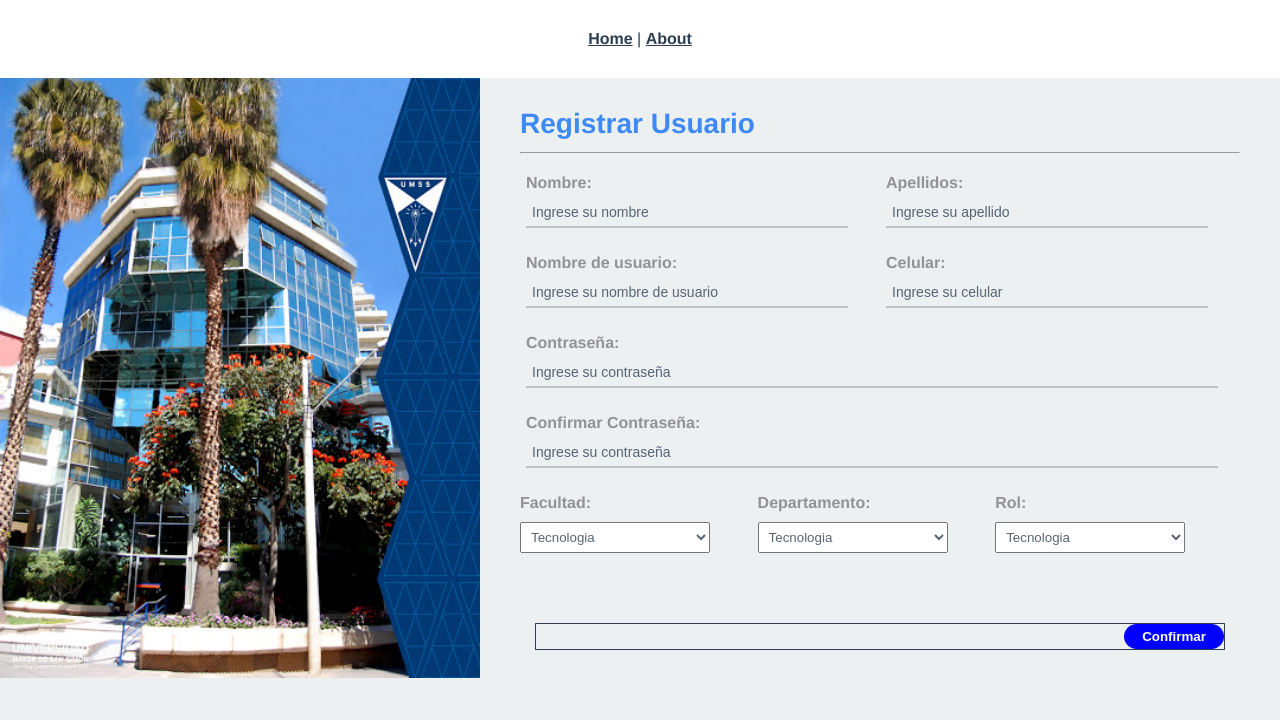
Repository: BritanyTorrico/front-cotizaciones
Page: /register
These files come from the project's save history. The page is drawn as it stood at one moment and after the next save; the edit follows.
The browser window is 1280 px wide. The pictures show the whole page.
The project was rebuilt for these pictures with package versions that can differ from the ones it lists, and the page was loaded fresh each time. Also part of the build but not shown: vue.config.js, src/components/HelloWorld.vue, src/views/Home.vue.

Above is the page before, as saved 2021-04-21 20:20:43.

### src/App.vue
<template>
  <div id="app">
    <div id="nav">
      <router-link to="/">Home</router-link> |
      <router-link to="/about">About</router-link>
    </div>
    <router-view />
  </div>
</template>

<style>
* {
  padding: 0;
  margin: 0;
}
:root {
  --color-title: #3d8af7;
  --color-name: #929292;
  --color-line: #c0c0c0;
}
#app {
  font-family: Avenir, Helvetica, Arial, sans-serif;
  -webkit-font-smoothing: antialiased;
  -moz-osx-font-smoothing: grayscale;
  text-align: center;
  color: #2c3e50;
}

#nav {
  padding: 30px;
}

#nav a {
  font-weight: bold;
  color: #2c3e50;
}

#nav a.router-link-exact-active {
  color: #42b983;
}
</style>

### src/router/index.js
import Vue from "vue";
import VueRouter from "vue-router";
import Home from "../views/Home.vue";

Vue.use(VueRouter);

const routes = [{
        path: "/",
        name: "Home",
        component: Home,
    },
    {
        path: "/about",
        name: "About",
        // route level code-splitting
        // this generates a separate chunk (about.[hash].js) for this route
        // which is lazy-loaded when the route is visited.
        component: () =>
            import ( /* webpackChunkName: "about" */ "../views/About.vue"),
    },
    {
        path: "/register",
        name: "RegisterUserPage",
        component: () =>
            import ("../views/RegisterUserPage.vue"),
    },
];

const router = new VueRouter({
    mode: "history",
    base: process.env.BASE_URL,
    routes,
});

export default router;

### src/views/RegisterUserPage.vue
<template>
  <div>
    <register-user />
  </div>
</template>

<script>
import RegisterUser from "@/components/User/RegisterUser.vue";
export default {
  components: { RegisterUser },
  name: "RegisterUserPage",
};
</script>

<style lang="scss" scoped></style>

### src/components/User/RegisterUser.vue
<template>
  <div class="container">
    <form action="">
      <div class="flex-container">
        <div class="form__image">
          <img src="@/assets/edificioUMSS.jpg" alt="" />
        </div>

        <div class="form__datos">
          <div class="form_title">
            <h1>Registrar Usuario</h1>
            <hr class="form__linea" />
          </div>
          <div class="form__section">
            <div class="form__name">
              <label
                ><div class="formulario_label">Nombre:</div>
                <input
                  class="form__input"
                  type="text"
                  placeholder="Ingrese su nombre"
                  required
                />
              </label>
            </div>
            <div class="form__name">
              <label
                ><div class="formulario_label">Apellidos:</div>
                <input
                  class="form__input"
                  type="text"
                  placeholder="Ingrese su apellido"
                  required
                />
              </label>
            </div>
          </div>
          <div class="form__section">
            <div class="form__name">
              <label
                ><div class="formulario_label">Nombre de usuario:</div>
                <input
                  class="form__input"
                  type="text"
                  placeholder="Ingrese su nombre de usuario"
                  required
                />
              </label>
            </div>
            <div class="form__name">
              <label
                ><div class="formulario_label">Celular:</div>
                <input
                  class="form__input"
                  type="text"
                  placeholder="Ingrese su celular"
                />
              </label>
            </div>
          </div>
          <div class="form__section2">
            <div class="formulario_label">Contraseña:</div>
            <input
              type="password"
              class="form__input"
              placeholder="Ingrese su contraseña"
            />
          </div>
          <div class="form__section2">
            <div class="formulario_label">Confirmar Contraseña:</div>
            <input
              type="password"
              class="form__input"
              placeholder="Ingrese su contraseña"
            />
          </div>
          <div class="form__section3">
            <div class="form__section3__item">
              <lista-desplegable nombreLista="Facultad:"></lista-desplegable>
            </div>
            <div class="form__section3__item">
              <lista-desplegable
                nombreLista="Departamento:"
              ></lista-desplegable>
            </div>
            <div class="form__section3__item">
              <lista-desplegable nombreLista="Rol:"></lista-desplegable>
            </div>
          </div>
          <div class="boton">
            <input class="boton__input" type="submit" value="Confirmar" />
          </div>
        </div>
      </div>
    </form>
  </div>
</template>

<script>
import ListaDesplegable from "./ListaDesplegable.vue";
export default {
  components: { ListaDesplegable },
  name: "RegisterUser",
};
</script>

<style lang="css" scoped>
.flex-container {
  display: flex;
  background-color: #ecf0f1;
}
.form__image {
  width: 40%;
}
.form__image img {
  width: 100%;
  height: 600px;
}

.form__datos {
  width: 60%;
  margin-left: 40px;
  margin-right: 40px;
}
.form_title {
  color: var(--color-title);
  text-align: left;
  font-size: 14px;
}
.form_title h1 {
  padding-top: 30px;
  padding-bottom: 12px;
}
.form__linea {
  color: var(--color-title);
}
.form__input {
  width: 100%;
  padding: 6px;
  margin: 6px 6px;
  border: none;
  border-bottom: 2px solid var(--color-line);
  background-color: transparent;
  color: black;
  font-size: 14px;
}

.form__input:focus {
  background: linear-gradient(to bottom, transparent, #ced6e0);
  outline: none;
  border-bottom: 2px solid #747d8c;
}
::placeholder {
  color: #576574;
}
.form__section {
  margin-top: 20px;
  display: flex;
}
.form__section2 {
  margin-top: 20px;
  margin-right: 40px;
}
.form__section3 {
  display: flex;
}
.form__section3__item {
  width: 33%;
}
.formulario_label {
  padding-left: 6px;
  color: var(--color-name);
  text-align: left;
  font-weight: bold;
}
.form__name {
  width: 100%;
  padding-right: 50px;
}
.boton {
  border: 1px solid;
  display: flex;
  justify-content: right;
  align-items: right;
  margin: 70px 15px;
}
.boton__input {
  width: 100px;
  height: 25px;
  border-radius: 30px;
  background: blue;
  color: white;
  font-weight: bold;
  border-bottom: none;
  border: none;
}
</style>

### src/components/User/ListaDesplegable.vue
<template>
  <div class="container">
    <div class="container__label">{{ nombreLista }}</div>
    <select class="container__list">
      <option
        xlass="container__list__option"
        v-for="(item, index) in facultad"
        :key="index"
        value="1"
      >
        {{ facultad[index] }}</option
      >
    </select>
  </div>
</template>

<script>
export default {
  name: "ListaDesplegable",
  data() {
    return {
      facultad: ["Tecnologia", "Economia", "Derecho"],
    };
  },
  props: {
    nombreLista: String,
  },
};
</script>

<style lang="css" scoped>
.container {
  text-align: left;
  padding-top: 20px;
}
.container__label {
  color: var(--color-name);
  margin-bottom: 10px;
  font-weight: bold;
}
.container__list {
  width: 80%;
  color: #576574;
  padding: 6px;
}
.container__list__option {
}
</style>

Loaded but not shown: public/index.html (common file); src/main.js (common file); src/store/index.js (common file)

After the next save:
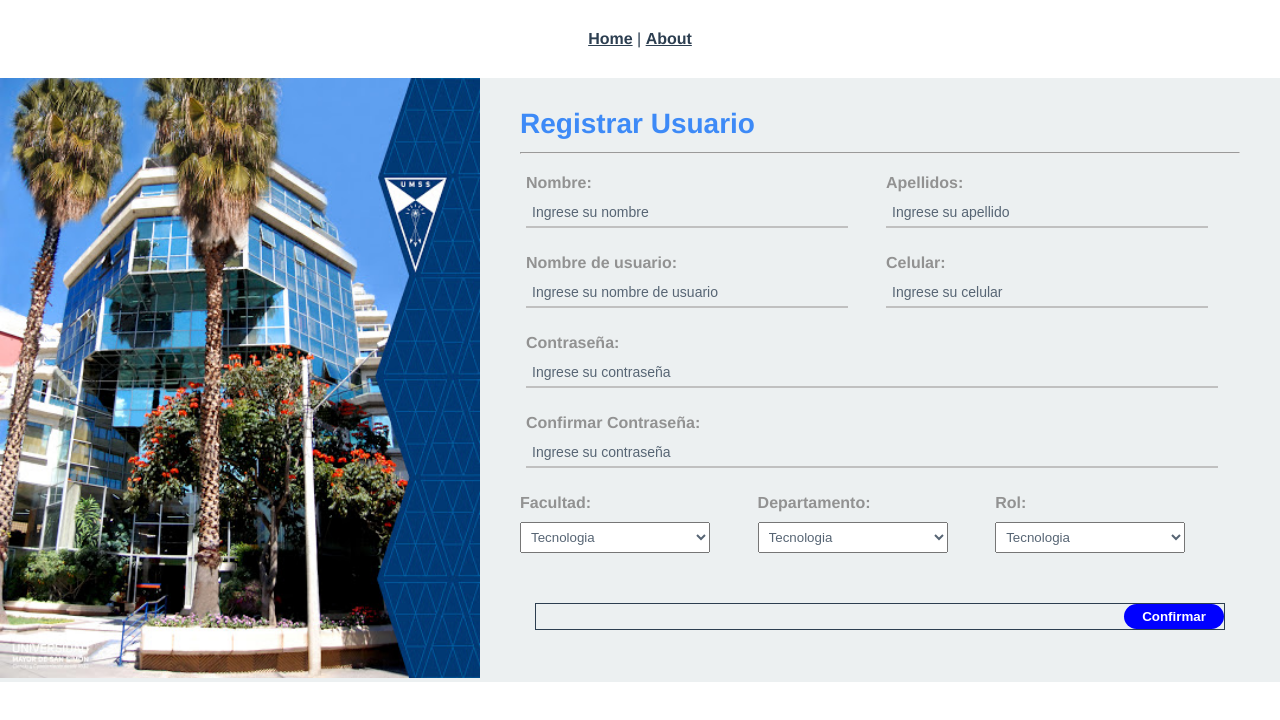
Saved 6 s later.
--- a/src/components/User/RegisterUser.vue
+++ b/src/components/User/RegisterUser.vue
@@ -182,7 +182,7 @@
   display: flex;
   justify-content: right;
   align-items: right;
-  margin: 70px 15px;
+  margin: 50px 15px;
 }
 .boton__input {
   width: 100px;
